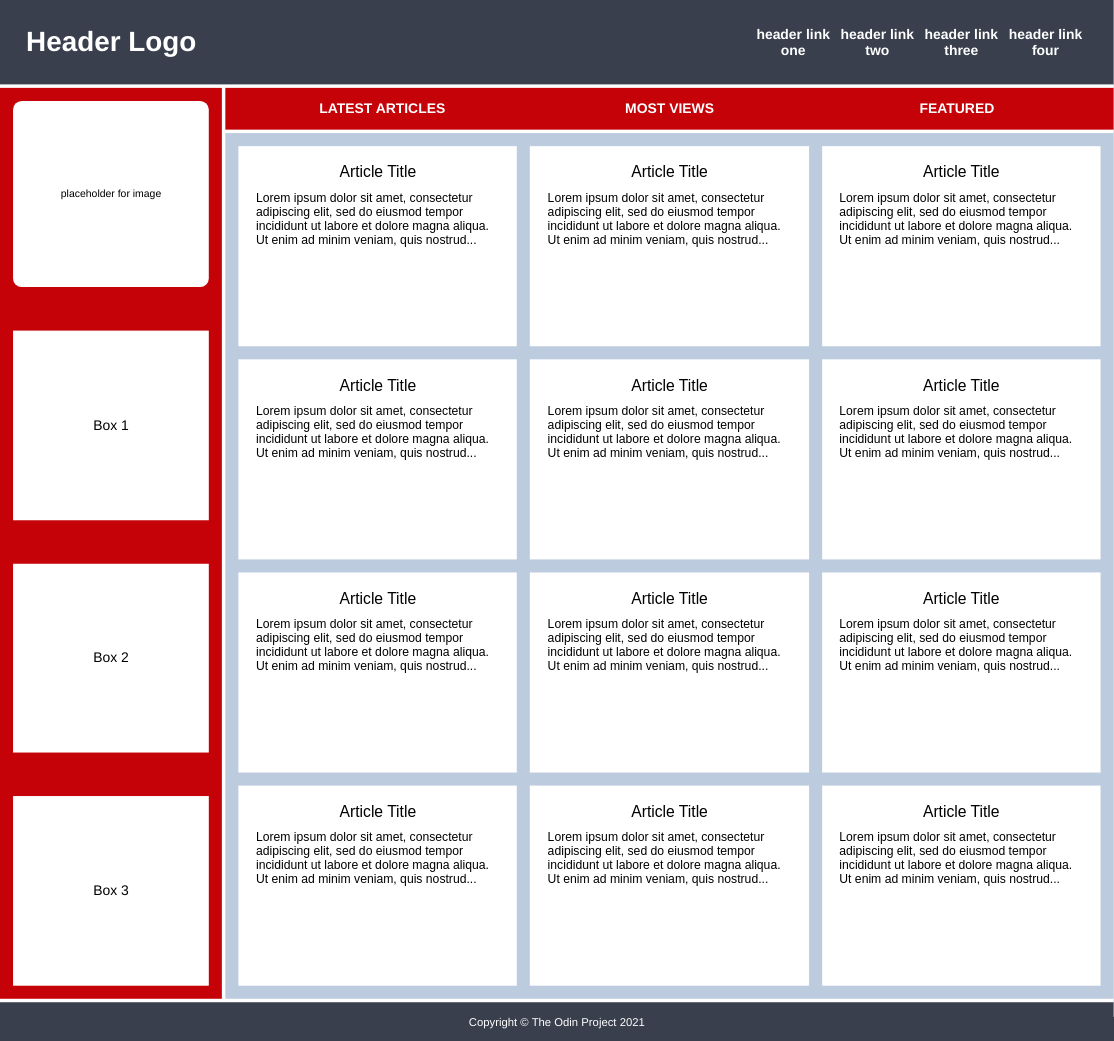
Repository: gkintu/css-exercises
Page: intermediate-html-css/advanced-grid/02-holy-grail-mockup/index.html
The author's editor kept a copy of each file at every save. The page is drawn from the files as they stood at one save, then again after the next save.
The browser window is 1280 px wide. The pictures show the whole page, at 87% of full size.

Above is the page before, as saved 2025-03-04 11:44:38.

After the next save:
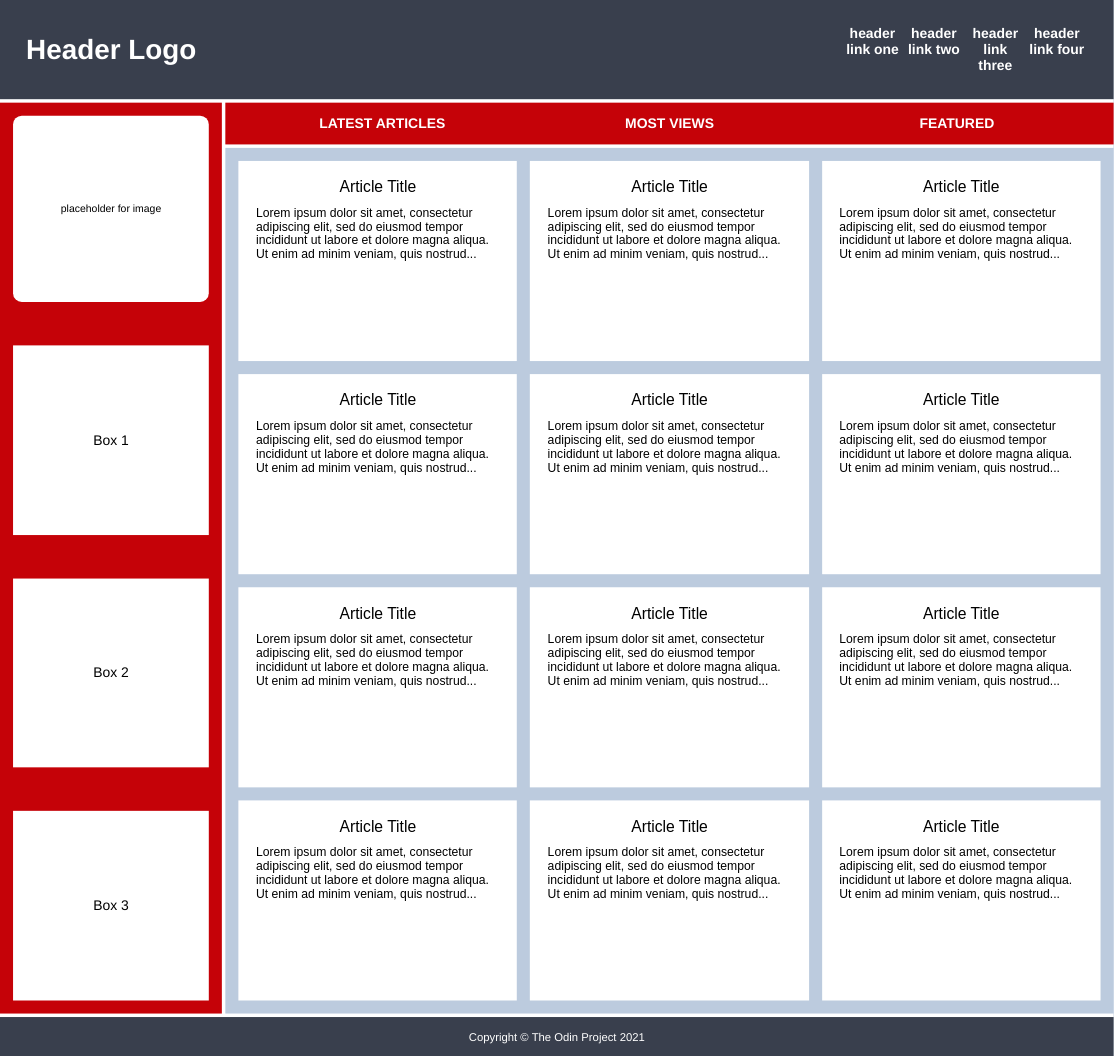
Saved 6 s later.
--- a/intermediate-html-css/advanced-grid/02-holy-grail-mockup/style.css
+++ b/intermediate-html-css/advanced-grid/02-holy-grail-mockup/style.css
@@ -23,7 +23,7 @@
   background-color: #393f4d;
   display: grid;
   grid-column: 1 / 3;
-  grid-template-columns: 2fr 1fr;
+  grid-template-columns: 3fr 1fr;
   align-items: center;
 
 }

After the save that followed:
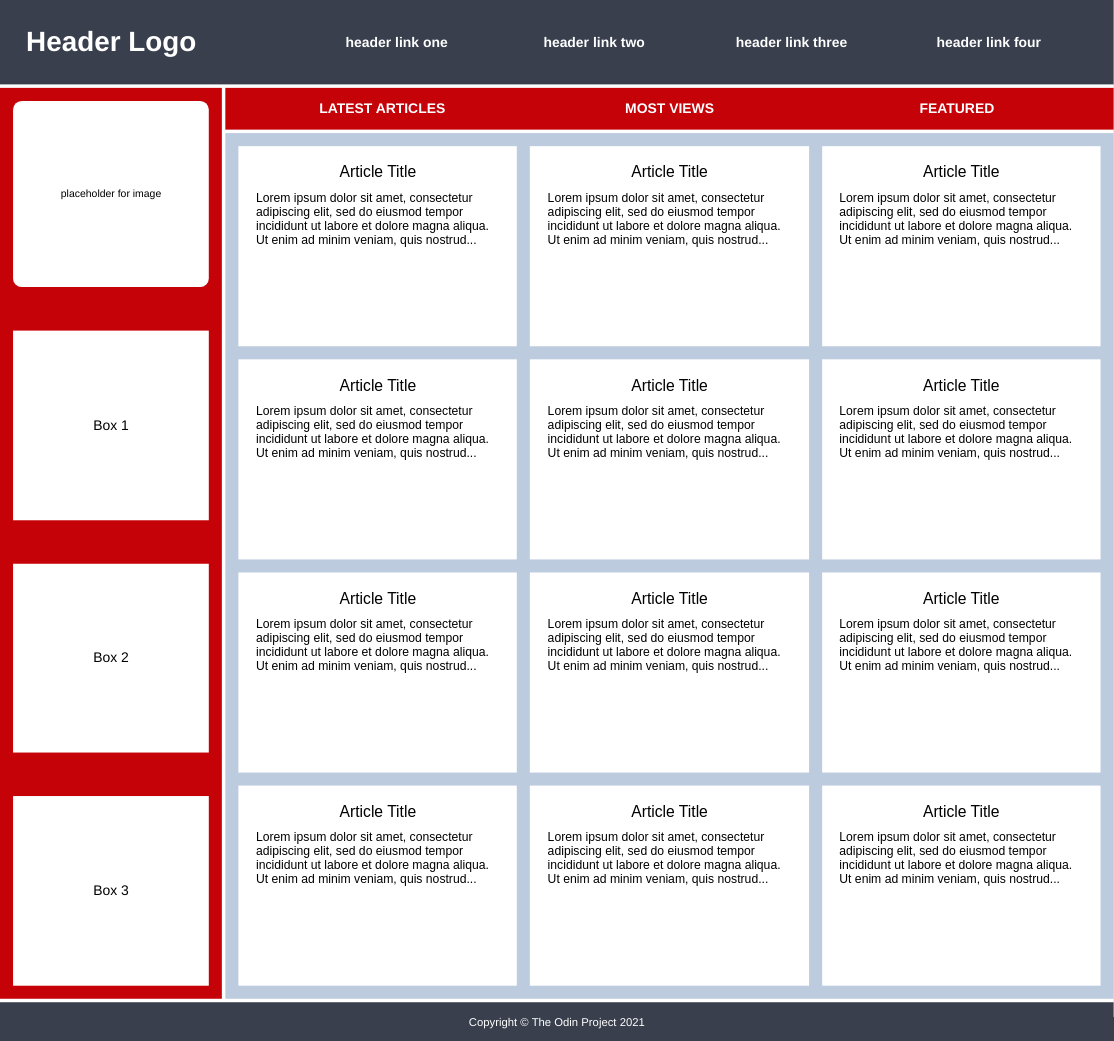
Saved 22 s later.
--- a/intermediate-html-css/advanced-grid/02-holy-grail-mockup/style.css
+++ b/intermediate-html-css/advanced-grid/02-holy-grail-mockup/style.css
@@ -23,7 +23,7 @@
   background-color: #393f4d;
   display: grid;
   grid-column: 1 / 3;
-  grid-template-columns: 3fr 1fr;
+  grid-template-columns: 1fr 3fr;
   align-items: center;
 
 }
